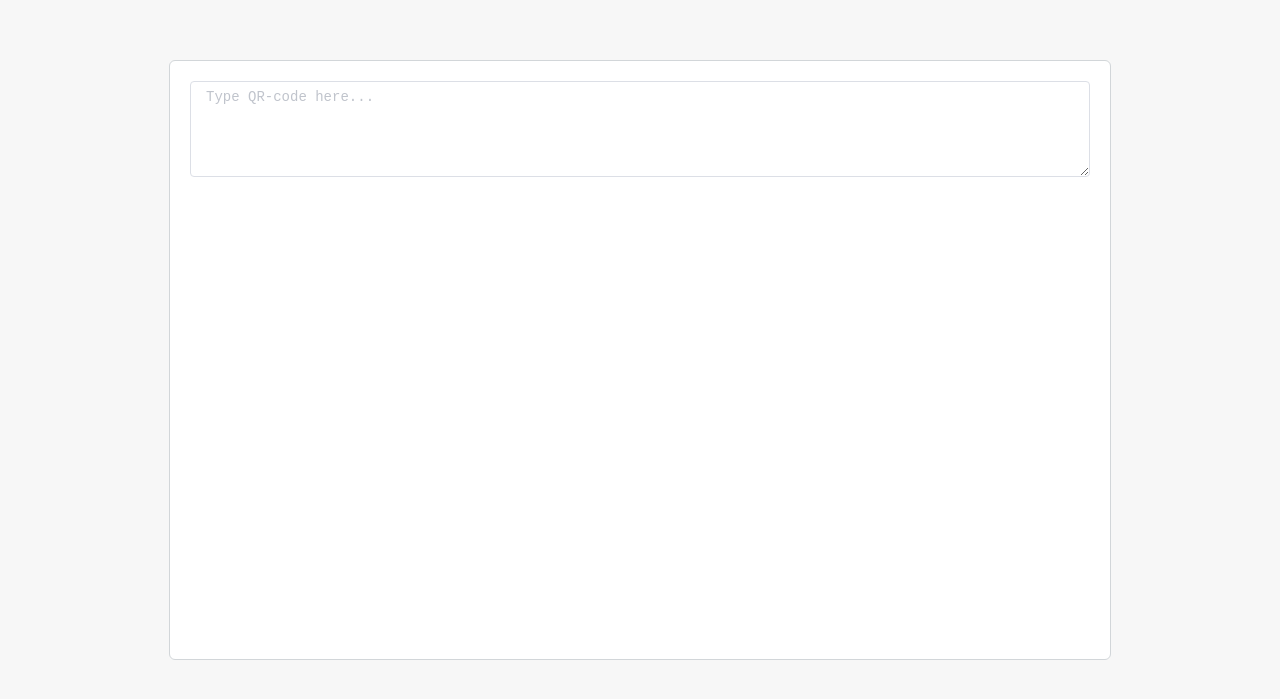
Repository: dvasyliev/qrcode_parser
Page: /
An editor plug-in stored every save of this project. The page is shown before and after the next save, followed by the edit.
The browser window is 1280 px wide. The pictures show the whole page.
The project was rebuilt for these pictures with package versions that can differ from the ones it lists, and the page was loaded fresh each time.

Above is the page before, as saved 2018-08-26 10:13:04.

### index.html
<!DOCTYPE html>
<html>
  <head>
    <meta charset="utf-8">
    <meta name="viewport" content="width=device-width,initial-scale=1.0">
    <title>test_qrcode_parser</title>
  </head>
  <body>
    <div id="app"></div>
    <!-- built files will be auto injected -->
  </body>
</html>

### src/main.js
// The Vue build version to load with the `import` command
// (runtime-only or standalone) has been set in webpack.base.conf with an alias.
import Vue from 'vue'
import App from './App'

import ElementUI from 'element-ui'
import 'element-ui/lib/theme-chalk/index.css'

Vue.use(ElementUI)
Vue.config.productionTip = false

/* eslint-disable no-new */
new Vue({
  el: '#app',
  components: { App },
  template: '<App/>'
})

### src/App.vue
<template>
  <div id="app">
    <div class="page">
      <div class="page__inner">
        <el-input
          v-model="qrcode"
          type="textarea"
          placeholder="Type QR-code here..."
          :rows="4"
          :autosize="false"/>
      </div>
    </div>
  </div>
</template>

<script>
export default {
  name: 'App',

  data() {
    return {
      qrcode: ''
    }
  }
}
</script>

<style lang="scss">
html,
body {
  margin: 0;
  padding: 0;
}

#app {
  font-family: 'Avenir', Helvetica, Arial, sans-serif;
  -webkit-font-smoothing: antialiased;
  -moz-osx-font-smoothing: grayscale;
  text-align: center;
  color: #2c3e50;
}

.page {
  display: flex;
  flex-direction: column;
  min-height: 100vh;
  box-sizing: border-box;
  padding: 60px 0;
  background-color: #F7F7F7;

  &__inner {
    display: flex;
    flex-grow: 1;
    width: 100%;
    max-width: 900px;
    margin: 0 auto;
    padding: 20px;
    background-color: #FFFFFF;
    border: 1px solid #D2D6D9;
    border-radius: 6px;
  }
}
</style>

After the next save:
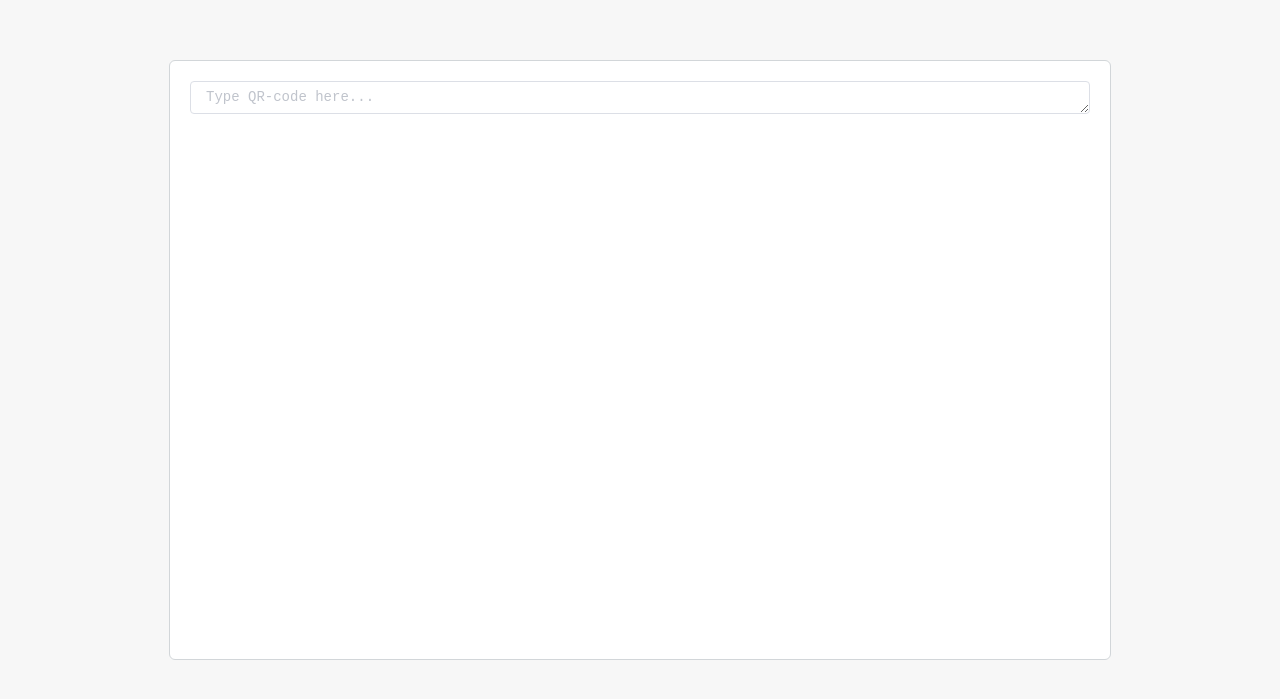
Saved 32 s later.
--- a/src/App.vue
+++ b/src/App.vue
@@ -6,8 +6,9 @@
           v-model="qrcode"
           type="textarea"
           placeholder="Type QR-code here..."
-          :rows="4"
-          :autosize="false"/>
+          :rows="1"
+          :autosize="true"
+          :resize="false"/>
       </div>
     </div>
   </div>
